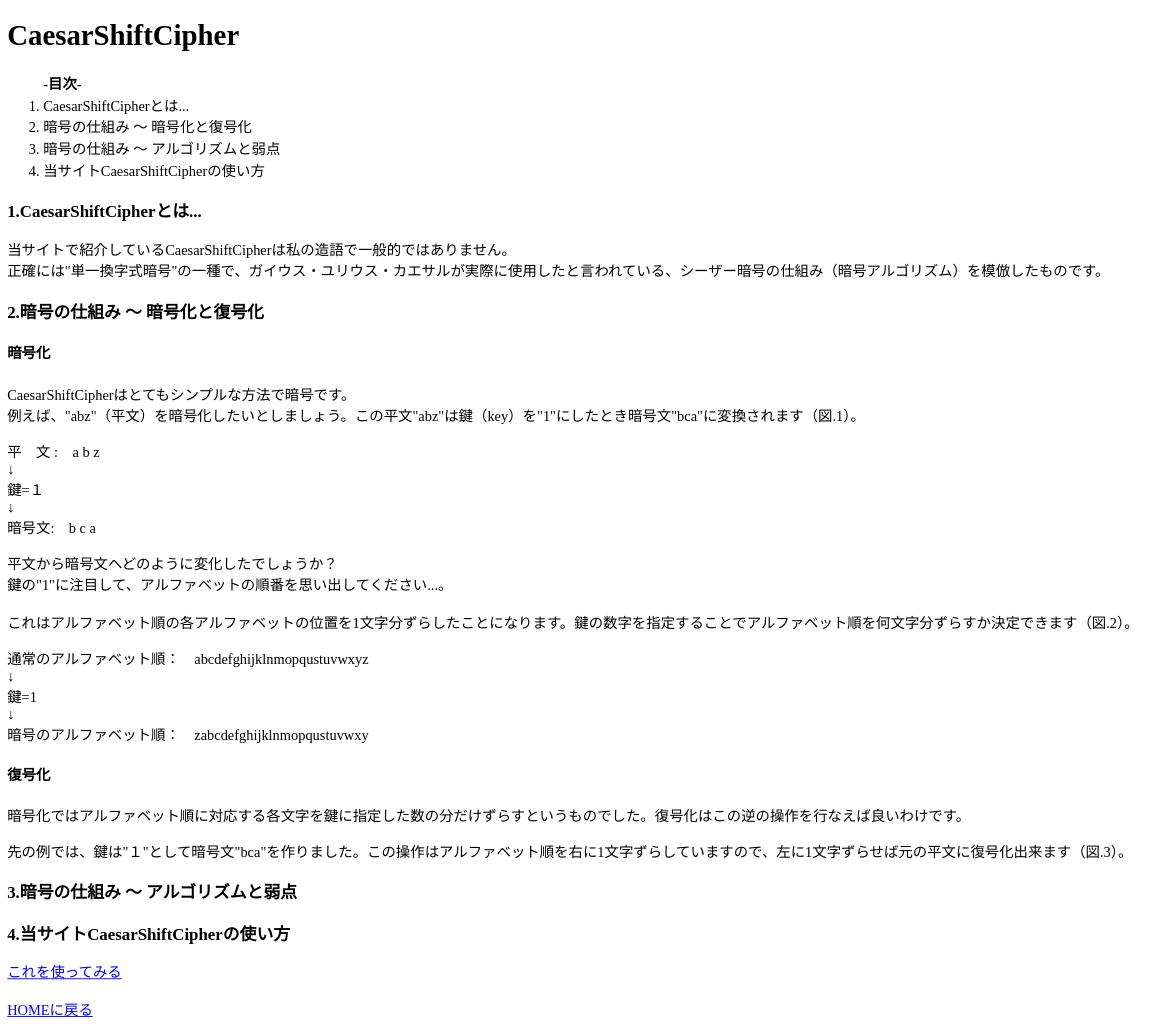
Repository: RantaWatari/TEST
Page: http://localhost/CipherProject/CipherMore?page=1
The author's editor kept a copy of each file at every save. The page is drawn from the files as they stood at one save, then again after the next save.
The browser window is 1280 px wide. The pictures show the whole page, at 90% of full size.
The page is served by Tomcat 9.

Above is the page before, as saved 2017-07-25 03:04:47.

After the next save:
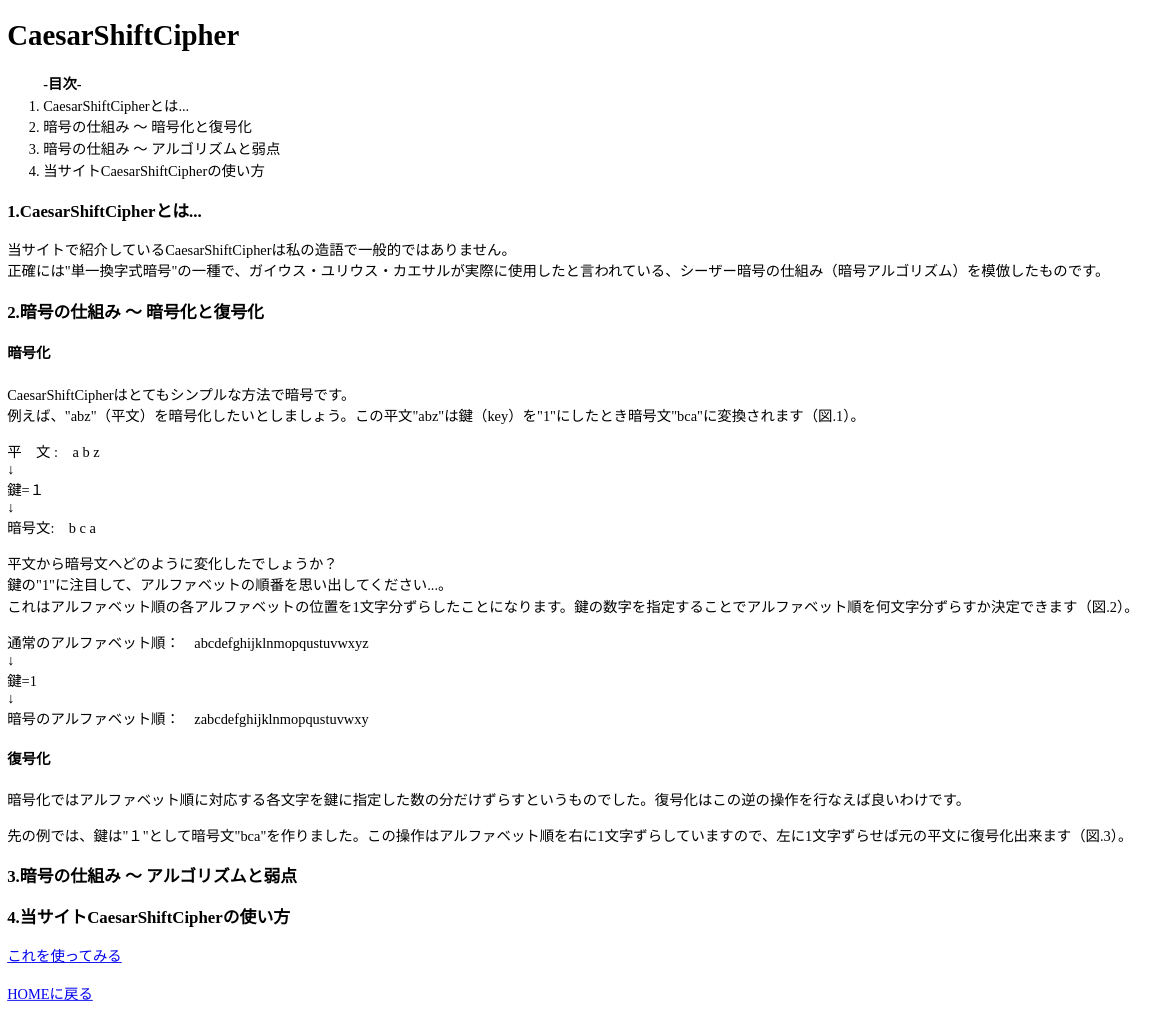
Saved 26 s later.
--- a/CipherProject/WebContent/WEB-INF/jsp/CaesarShiftCipher.jsp
+++ b/CipherProject/WebContent/WEB-INF/jsp/CaesarShiftCipher.jsp
@@ -23,7 +23,7 @@
 	<h4>暗号化</h4>
 		<p>CaesarShiftCipherはとてもシンプルな方法で暗号です。<br>例えば、"abz"（平文）を暗号化したいとしましょう。この平文"abz"は鍵（key）を"1"にしたとき暗号文"bca"に変換されます（図.1）。</p>
 		<p>平　文 :　a b z<br>↓<br>鍵=１<br>↓<br>暗号文:　b c a</p>
-		<p>平文から暗号文へどのように変化したでしょうか？<br>鍵の"1"に注目して、アルファベットの順番を思い出してください...。<br><br>これはアルファベット順の各アルファベットの位置を1文字分ずらしたことになります。鍵の数字を指定することでアルファベット順を何文字分ずらすか決定できます（図.2）。</p>
+		<p>平文から暗号文へどのように変化したでしょうか？<br>鍵の"1"に注目して、アルファベットの順番を思い出してください...。<br>これはアルファベット順の各アルファベットの位置を1文字分ずらしたことになります。鍵の数字を指定することでアルファベット順を何文字分ずらすか決定できます（図.2）。</p>
 		<p>通常のアルファベット順：　abcdefghijklnmopqustuvwxyz<br>↓<br>鍵=1<br>↓<br>暗号のアルファベット順：　zabcdefghijklnmopqustuvwxy</p>
 	<h4>復号化</h4>
 		<p>暗号化ではアルファベット順に対応する各文字を鍵に指定した数の分だけずらすというものでした。復号化はこの逆の操作を行なえば良いわけです。</p>
